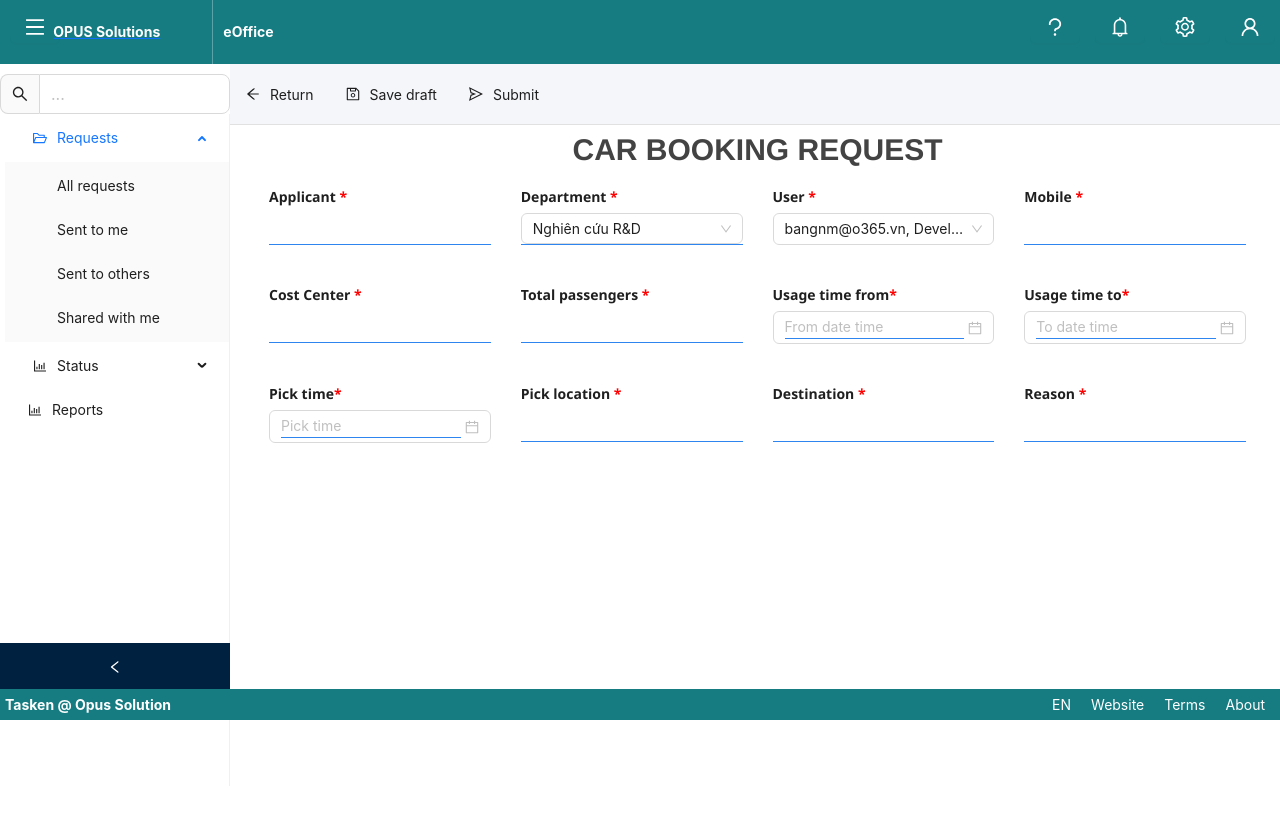
Repository: vannam272008/car-booking
Page: /request/addrequest
An editor plug-in stored every save of this project. The page is shown before and after the next save, followed by the edit.
The browser window is 1280 px wide. The pictures show the whole page.
The project was rebuilt for these pictures with package versions that can differ from the ones it lists, and the page was loaded fresh each time. Also part of the build but not shown: src/Components/DetailRequest/Comments/comment.css, src/Components/DetailRequest/Comments/comment.tsx, src/Components/DetailRequest/Menu/menu.tsx, src/Components/DetailRequest/Detail/detail.tsx, src/Pages/ManageRequest/index.css, src/Pages/ManageRequest/ManageRequest.tsx. Imported but missing from the stored project, and not drawn on this page: src/Pages/Home.

Above is the page before, as saved 2023-07-06 16:41:29.

After the next save:
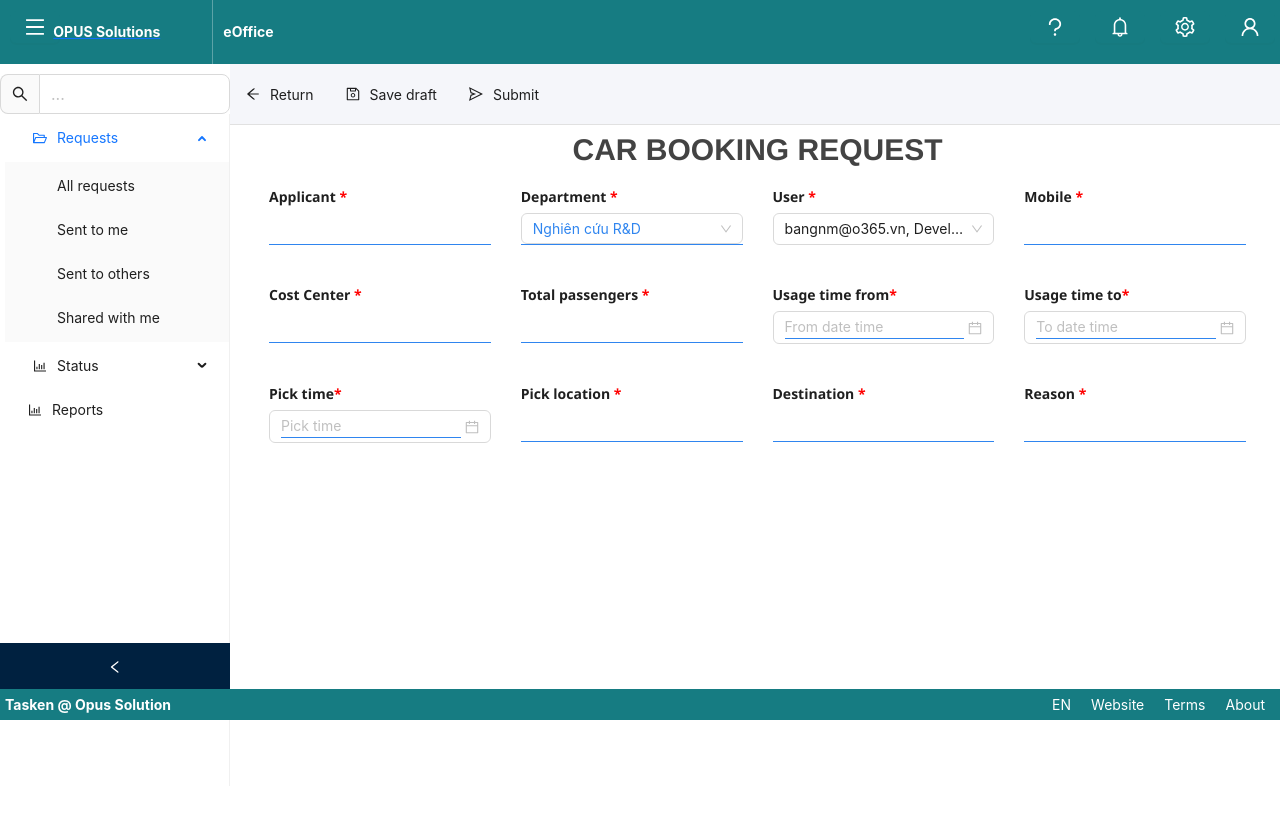
Saved 81 s later.
--- a/src/Components/AddRequest/AddRequest/addRequest.css
+++ b/src/Components/AddRequest/AddRequest/addRequest.css
@@ -13,6 +13,6 @@
     box-shadow: none;
 }
 
-.select-add-request .text{
+.select-add-request .ant-select-selector {
     color: #2F85EF;
 }
